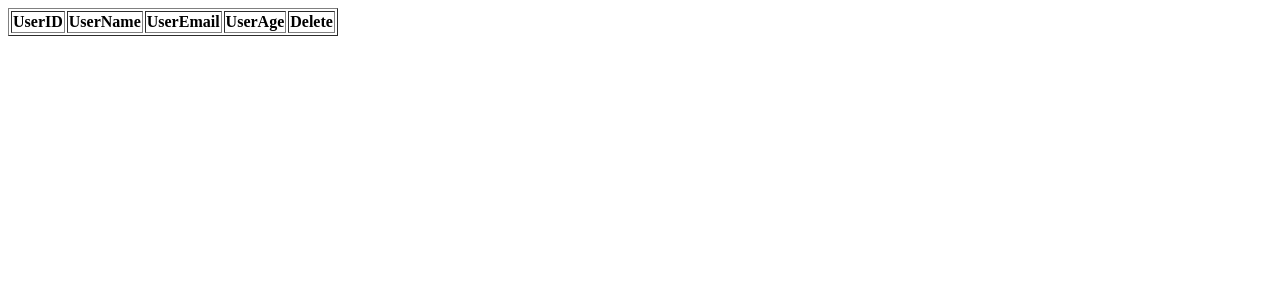
Repository: Ma-noj/test
Page: http://localhost/SpringMvc/display.jsp
These files come from the project's save history. The page is drawn as it stood at one moment and after the next save; the edit follows.
The browser window is 1280 px wide. The pictures show the whole page.
The page is served by Tomcat 9. Other server files are loaded and not shown.

Above is the page before, as saved 2023-08-16 11:25:07.

### SpringMvc/src/main/webapp/display.jsp
<%@ page language="java" contentType="text/html; charset=ISO-8859-1"
	pageEncoding="ISO-8859-1" isELIgnored="false"%>
<%@ taglib uri="http://java.sun.com/jsp/jstl/core" prefix="c"%>
<!DOCTYPE html>
<html>
<head>
<meta charset="ISO-8859-1">
<title>UserInfo</title>
</head>
<body>
	<table border="1px">
		<tr>
			<th>UserID</th>
			<th>UserName</th>
			<th>UserEmail</th>
			<th>UserAge</th>
			<th>Delete</th>
		</tr>
		<c:forEach var="user" items="${ listUser}">
			<tr>
				<td>${user.getUserId()}</td>
				<td>${user.getUserName() }</td>
				<td>${user.getUserEmail() }</td>
				<td>${user.getUserAge() }</td>
				<td><a href="delete?id=${user.getUserId()}">Delete</a></td>

			</tr>
		</c:forEach>
	</table>
</body>
</html>

After the next save:
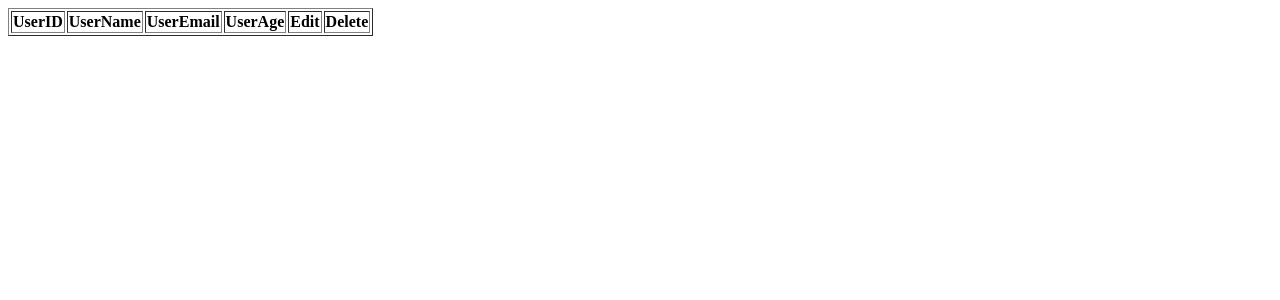
Saved 17 min 3 s later.
--- a/SpringMvc/src/main/webapp/display.jsp
+++ b/SpringMvc/src/main/webapp/display.jsp
@@ -14,6 +14,7 @@
 			<th>UserName</th>
 			<th>UserEmail</th>
 			<th>UserAge</th>
+			<th>Edit</th>
 			<th>Delete</th>
 		</tr>
 		<c:forEach var="user" items="${ listUser}">
